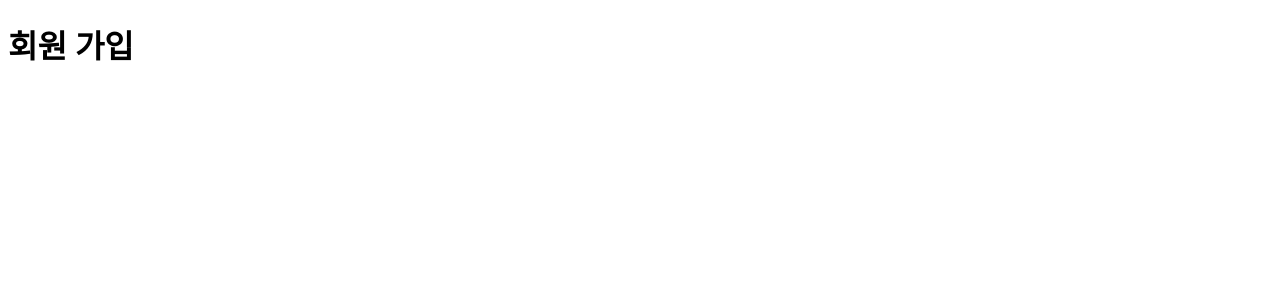
Repository: abbyinkr/BootstrapStudy
Page: BootStrapWork/WebContent/BootEx03.html
An editor plug-in stored every save of this project. The page is shown before and after the next save, followed by the edit.
The browser window is 1280 px wide. The pictures show the whole page.

Above is the page before, as saved 2021-07-01 03:45:09.

After the next save:
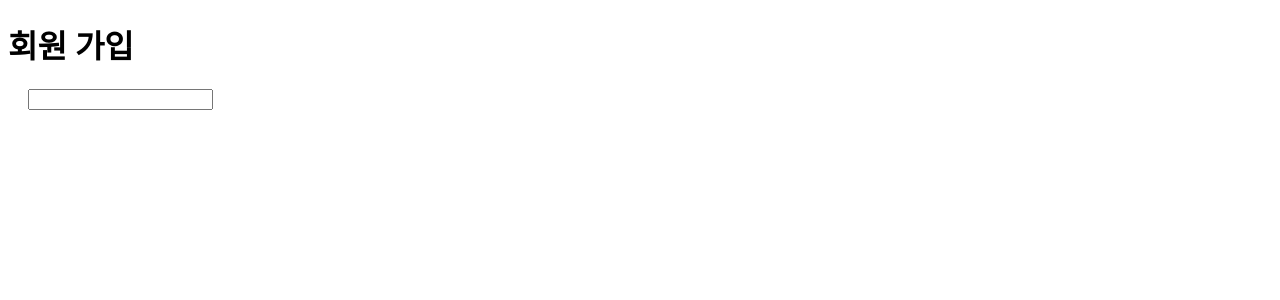
Saved 14 s later.
--- a/BootStrapWork/WebContent/BootEx03.html
+++ b/BootStrapWork/WebContent/BootEx03.html
@@ -8,7 +8,14 @@
 
 <h1>회원 가입</h1>
 
-<form action="" style="width: 500ppx; margin: 20px;"></form>
+<form action="" style="width: 500ppx; margin: 20px;">
+
+	<input type="text" />
+	<br />
+
+
+
+</form>
 
 </body>
 </html>
